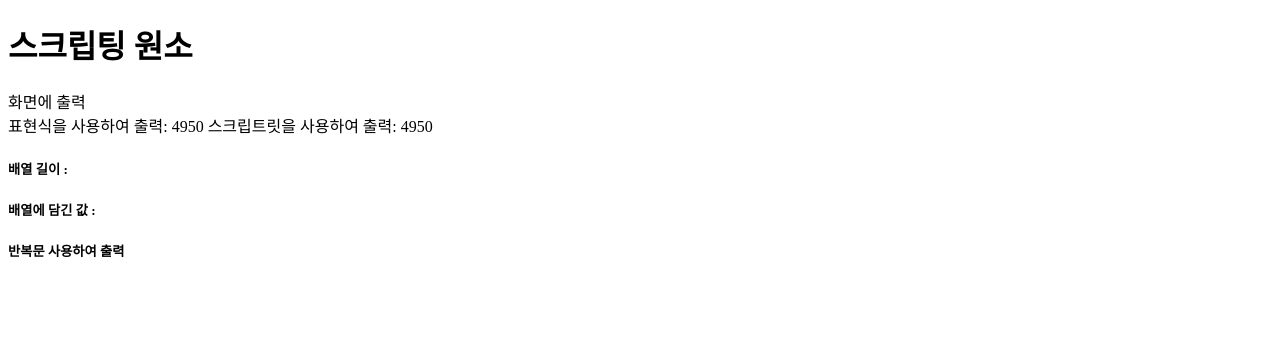
Repository: hailey-516/servlet
Page: http://localhost/2_jsp/views/01_ScriptingElement.jsp
These files come from the project's save history. The page is drawn as it stood at one moment and after the next save; the edit follows.
The browser window is 1280 px wide. The pictures show the whole page.
The page is served by Tomcat 9. Nobody is signed in. The application's start-up code is not run.

Above is the page before, as saved 2024-08-23 02:20:25.

After the next save:
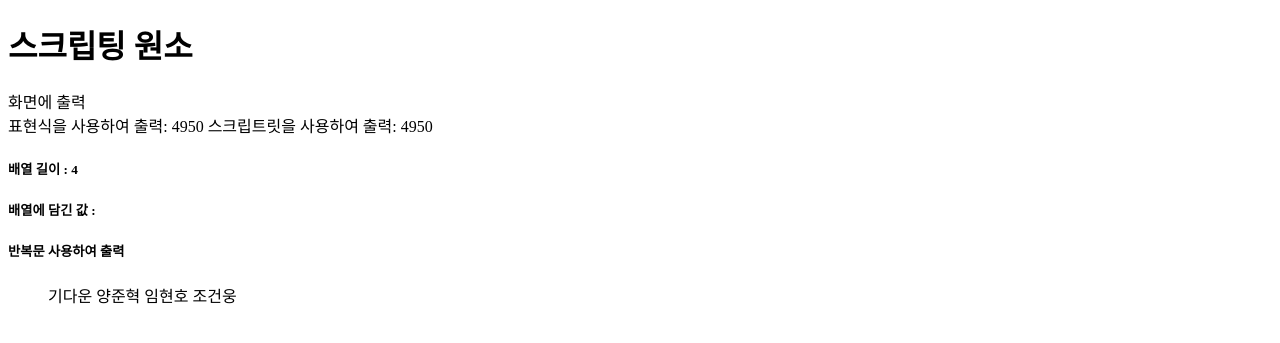
Saved 5 min 53 s later.
--- a/2_jsp/src/main/webapp/views/01_ScriptingElement.jsp
+++ b/2_jsp/src/main/webapp/views/01_ScriptingElement.jsp
@@ -33,12 +33,14 @@
         String[] pArr = {"기다운", "양준혁", "임현호", "조건웅"};
     %>
 
-    <h5>배열 길이 : </h5>
+    <h5>배열 길이 : <%= pArr.length %></h5>
     <h5>배열에 담긴 값 : </h5>
 
     <h5>반복문 사용하여 출력</h5>
     <ul>
-
+        <% for(int i=0; i<pArr.length; i++) { %>
+        	<%= pArr[i] %>
+        <% } %>
     </ul>
 </body>
 </html>
